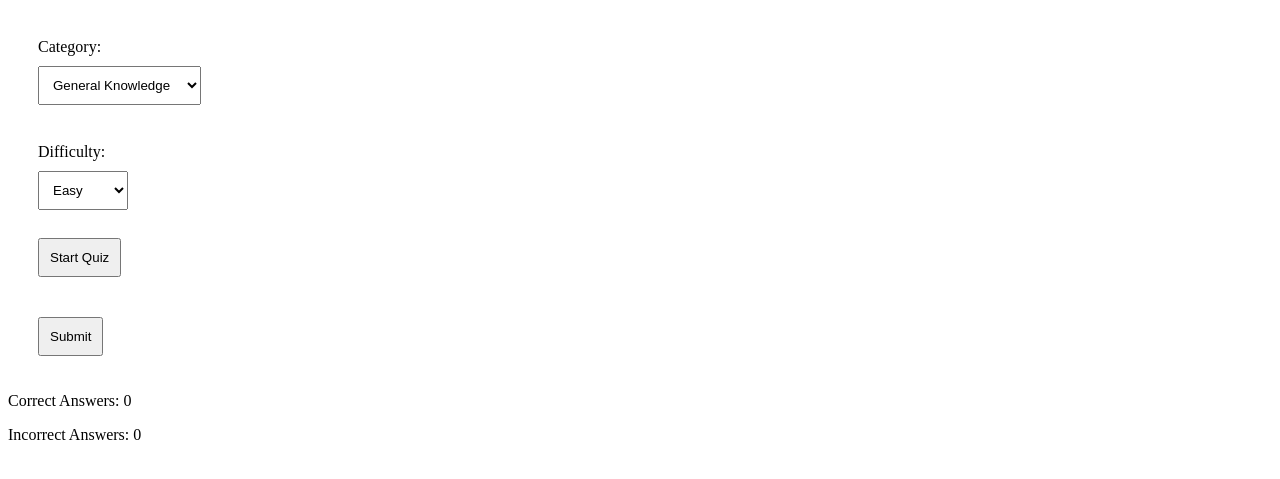
Repository: Kayla-amr/triviaSvelte
Page: /
An editor plug-in stored every save of this project. The page is shown before and after the next save, followed by the edit.
The browser window is 1280 px wide. The pictures show the whole page.
The project was rebuilt for these pictures with package versions that can differ from the ones it lists, and the page was loaded fresh each time. The framework's server and built-in components were replaced by stand-ins that run in the browser. Also part of the build but not shown: svelte.config.js, vite.config.js.

Above is the page before, as saved 2023-03-18 09:24:17.

### src/routes/+page.svelte
<script>


	let questions = [];

	function startQuiz() {
		const category = document.getElementById('category').value;
		const difficulty = document.getElementById('difficulty').value;


		const apiUrl = `https://opentdb.com/api.php?amount=10&category=${category}&difficulty=${difficulty}&type=multiple`;
        console.log(apiUrl);

        fetch(apiUrl)
            .then((response) => response.json())
            .then((data) => {
                questions = data.results;
            });
	}


	let correctAnswers = 0;
	let incorrectAnswers = 0;
	let unanswered = 0;

	function submitTrivia() {

		for (let i = 0; i < questions.length; i++) {
			let question = questions[i].question;
			let correctAnswer = questions[i].correct_answer;
			let incorrectAnswers = questions[i].incorrect_answers;
			let userAnswer = document.querySelector(`input[name="${question}"]:checked`).value;


			if (userAnswer === correctAnswer) {
				correctAnswers++;
			} else if (userAnswer === undefined) {
				unanswered++;
			} else {
				incorrectAnswers++;
			}
		}
	}
</script>

<div>
	<form id="quiz-form">

		<label for="category">Category:</label>
		<select id="category" name="category">
			<option value="9">General Knowledge</option>
			<option value="10">Books</option>
			<option value="11">Film</option>
			<option value="12">Music</option>
            <option value="13">Musicals & Theatres</option>
			<!-- Add more options for other categories -->
		</select><br />

		<label for="difficulty">Difficulty:</label>
		<select id="difficulty" name="difficulty">
			<option value="easy">Easy</option>
			<option value="medium">Medium</option>
			<option value="hard">Hard</option>
		</select><br />


		<button on:click={startQuiz}>Start Quiz</button>
	</form>
</div>

<div>
	<form action="triviaQuestions">
		{#each questions as question}
			<p>{@html question.question}</p>
			<input
				type="radio"
				name={question.question}
				value={question.correct_answer}
				id="correctAnswer"
			/>{@html question.correct_answer}<br />
			{#each question.incorrect_answers as incorrect}
				<input
					type="radio"
					name={question.question}
					value={incorrect}
					id="IncorrectAnswer"
				/>{@html incorrect}<br />
			{/each}
		{/each}

		<button on:click={submitTrivia}>Submit</button>
	</form>

	<div>
		<p>Correct Answers: {correctAnswers}</p>
		<p>Incorrect Answers: {incorrectAnswers}</p>
	</div>
</div>

<style>
    form {
        display: flex;
        flex-direction: column;
        align-items: start;
        padding: 20px;
    }
    label {
        padding: 10px;
    }
    select {
        margin: 0 10px 10px;
        padding: 10px;
    }
    button {
        padding: 10px;
        margin: 0 10px;
    }
</style>

Loaded but not shown: src/app.html (common file)

After the next save:
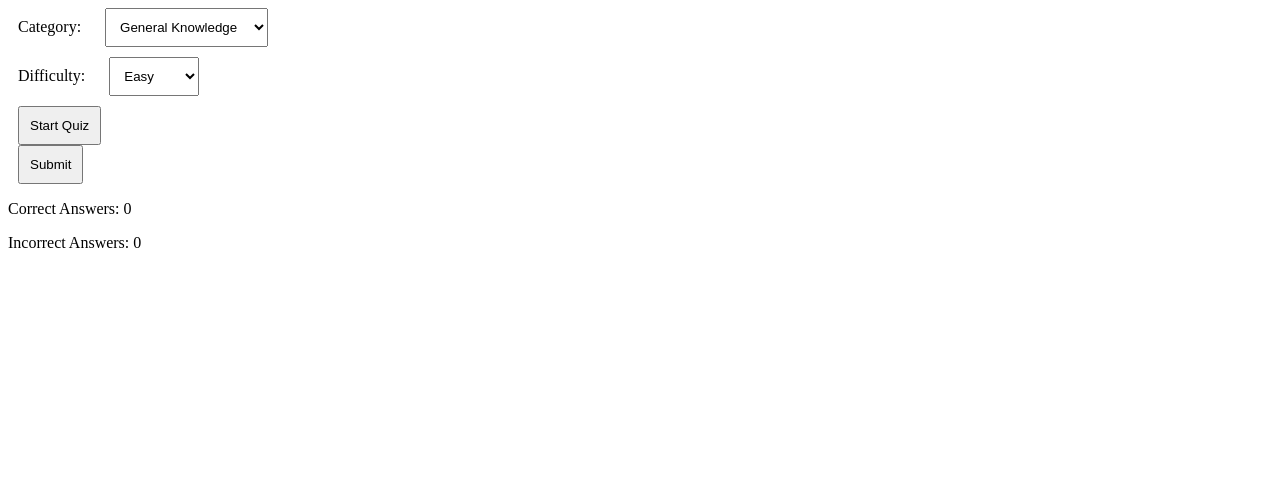
Saved 24 s later.
--- a/src/routes/+page.svelte
+++ b/src/routes/+page.svelte
@@ -98,12 +98,7 @@
 </div>
 
 <style>
-    form {
-        display: flex;
-        flex-direction: column;
-        align-items: start;
-        padding: 20px;
-    }
+
     label {
         padding: 10px;
     }
